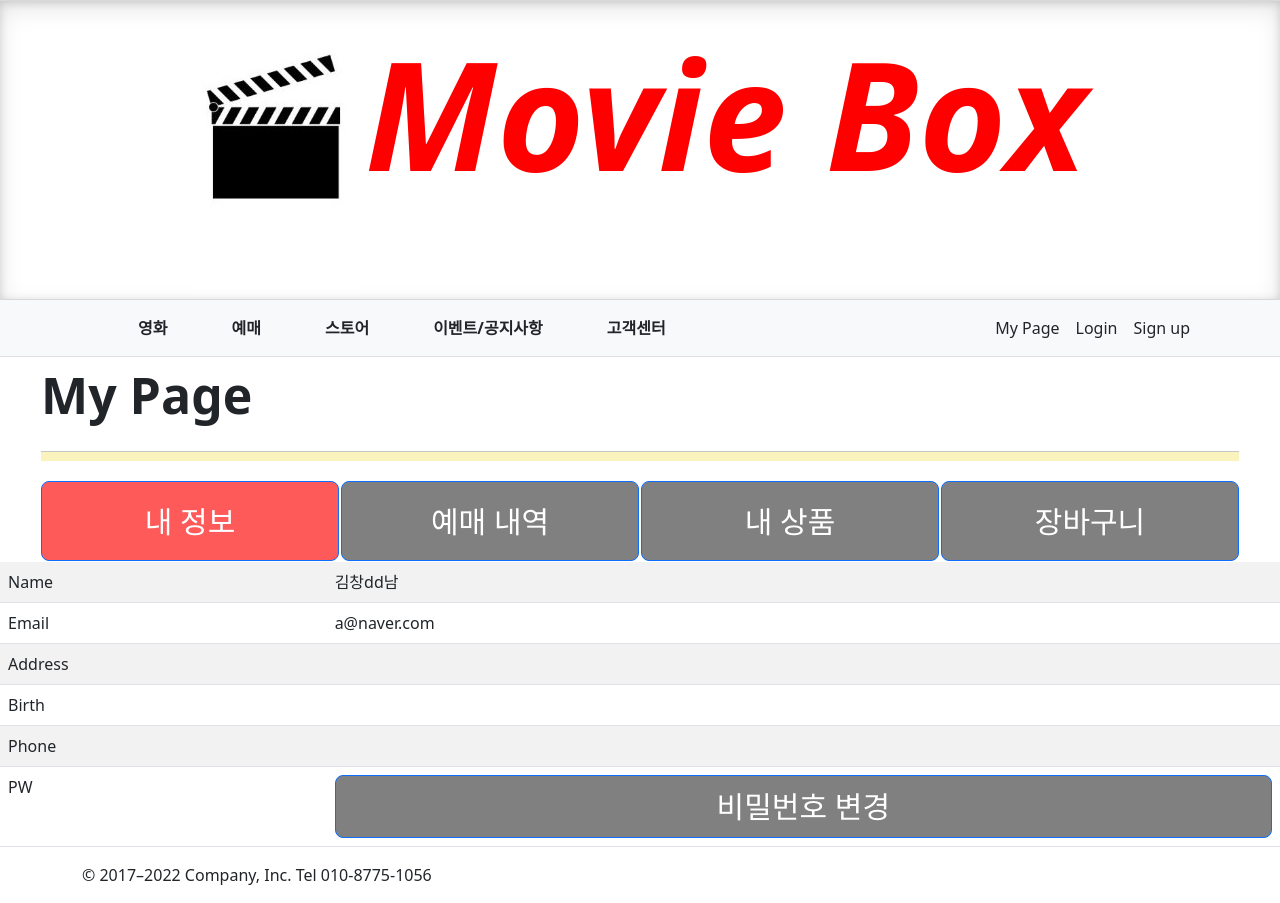
Repository: SpearManCN/MovieBox-2nd-Project-
Page: http://localhost/prj_01/WEB-INF/views/myPageHome.jsp
These files come from the project's save history. The page is drawn as it stood at one moment and after the next save; the edit follows.
The browser window is 1280 px wide. The pictures show the whole page.
The page is served by Tomcat 9. Nobody is signed in. Other server files are loaded and not shown. The template is opened directly, without the code that normally fills it, so the values that code supplies are empty.

Above is the page before, as saved 2022-12-13 10:13:16.

### Second project/prj_01/src/main/webapp/WEB-INF/views/myPageHome.jsp
<%@ page language="java" contentType="text/html; charset=UTF-8"
    pageEncoding="UTF-8"%>
        <%@taglib prefix="c" uri="http://java.sun.com/jsp/jstl/core" %>
<!DOCTYPE html>
<html>
<head>
<meta name="viewport" content="width=device-width, initial-scale=1">
<meta charset="UTF-8">
<link href="https://cdn.jsdelivr.net/npm/bootstrap@5.2.3/dist/css/bootstrap.min.css" rel="stylesheet" integrity="sha384-rbsA2VBKQhggwzxH7pPCaAqO46MgnOM80zW1RWuH61DGLwZJEdK2Kadq2F9CUG65" crossorigin="anonymous">

</head>
<body>
<%@include file="/WEB-INF/views/commonHeader.jsp" %>

<center>
<table width="1200px">
	<tr>
	<td align="left"><span style="font-size:50px; font-weight:bold;">My Page</span>
	<tr>
	<td><hr style="height:10px; background-color:#EDD200;">
	<tr>
	<td align="right">
</table>
</center>
<table align="center" width="1200px">
	<tr>
	<td width="220px"><button type="button" class="btn btn-primary btn-lg" style="width:100%; height:80px; background-color:#FF5A5A;">
	<span style="font-size:30px; ">내 정보</span></button></td>
	<td width="220px"><button type="button" class="btn btn-primary btn-lg" style="width:100%; height:80px; background-color:gray;">
	<span style="font-size:30px; font-weight:;">예매 내역</span></button></td>
	<td width="220px"><button type="button" class="btn btn-primary btn-lg" style="width:100%; height:80px; background-color:gray;">
	<span style="font-size:30px; font-weight:;">내 상품</span></button></td>
	<td width="220px"><button type="button" class="btn btn-primary btn-lg" style="width:100%; height:80px; background-color:gray;">
	<span style="font-size:30px; font-weight:;">장바구니</span></button></td>
	</tr>
	<tr>
	</tr>

</table>


<table class="table table-striped" align="center" width="100px">
 <tr><td>Name</td><td>김창dd남</td>
</tr>
<tr><td>Email</td><td>a@naver.com</td>
</tr>
<tr><td>Address</td><td></td>
</tr>
<tr><td>Birth</td><td></td>
</tr>
<tr><td>Phone</td><td></td>
</tr>
<tr><td>PW</td><td><button type="button" class="btn btn-primary btn-lg" style="width:100%; height:100%; background-color:gray;">
	<span style="font-size:30px; font-weight:;">비밀번호 변경</span></button></td>
</tr>
</table>



<%@include file="/WEB-INF/views/commonFooter.jsp" %>
</body>
</html>

### Second project/prj_01/src/main/webapp/WEB-INF/views/commonHeader.jsp
<%@ page language="java" contentType="text/html; charset=UTF-8"
    pageEncoding="UTF-8"%>



<script src="/js/jquery-1.11.0.min.js"></script>
<script>
function goLogin(){document.commonForm.action="/loginForm.do";document.commonForm.submit(); }
function goLoginJoin(){document.commonForm.action="/loginJoinForm.do";document.commonForm.submit();}
function goMyPage(){document.commonForm.action="/myPageHome.do";document.commonForm.submit(); }

</script>

<form name="commonForm" method="post"></form>
<div style="height:300px; background-color: white; border-width: 1px 0;
        box-shadow: inset 0 .5em 1.5em rgba(0, 0, 0, .1), inset 0 .125em .5em rgba(0, 0, 0, .15);         border: solid rgba(0, 0, 0, .15);
        border-width: 1px 0;" class="b-example-divider" align="center" >

 <span style="cursor:pointer" onclick="alert('이동')"><img src="resources/img/movieBox2.jpg" >
 <Span  style="font-size: 150px; color:red; font-weight: bold ; font-style: italic;" >Movie Box</Span>

 </span></div>

  <nav class="py-2 bg-light border-bottom">
    <div class="container d-flex flex-wrap">
      <ul class="nav me-auto">
      <li class="nav-item">&emsp;&emsp;&emsp;</li>
        <li class="nav-item"><a href="movieHome.do" class="nav-link link-dark px-2 active" aria-current="page" style="font-weight: bold ;" >영화</a></li>
         <li class="nav-item">&emsp;&emsp;&emsp;</li>
        <li class="nav-item"><a href="reserveForm.do" class="nav-link link-dark px-2" style="font-weight: bold ;">예매</a></li>
         <li class="nav-item">&emsp;&emsp;&emsp;</li>
        <li class="nav-item"><a href="/storeForm.do" class="nav-link link-dark px-2" style="font-weight: bold ;">스토어</a></li>
         <li class="nav-item">&emsp;&emsp;&emsp;</li>
        <li class="nav-item"><a href="/eventForm.do" class="nav-link link-dark px-2" style="font-weight: bold ;">이벤트/공지사항</a></li>
          <li class="nav-item">&emsp;&emsp;&emsp;</li>
        <li class="nav-item"><a href="/qnaForm.do" class="nav-link link-dark px-2" style="font-weight: bold ;">고객센터</a></li>

       </ul>
      <ul class="nav">
      <li class="nav-item"><span class="nav-link link-dark px-2" style="cursor:pointer" onclick="goMyPage();">My Page</span></li>
        <li class="nav-item"><span class="nav-link link-dark px-2" style="cursor:pointer" onclick="goLogin();">Login</span></li>
        <li class="nav-item"><span class="nav-link link-dark px-2" style="cursor:pointer" onclick="goLoginJoin();">Sign up</span></li>
      </ul>
    </div>
  </nav>

### Second project/prj_01/src/main/webapp/WEB-INF/views/commonFooter.jsp
<%@ page language="java" contentType="text/html; charset=UTF-8"
    pageEncoding="UTF-8"%>
<!--====================================================================-->
  <footer class="container">
    <p class="float-end"></p>
    <p>&copy; 2017–2022 Company, Inc. Tel 010-8775-1056 </p>
  </footer>

<script src="https://cdn.jsdelivr.net/npm/bootstrap@5.2.3/dist/js/bootstrap.bundle.min.js" integrity="sha384-kenU1KFdBIe4zVF0s0G1M5b4hcpxyD9F7jL+jjXkk+Q2h455rYXK/7HAuoJl+0I4" crossorigin="anonymous"></script>

Loaded but not shown: Second project/prj_01/src/main/resources/static/js/jquery-1.11.0.min.js (library)

After the next save:
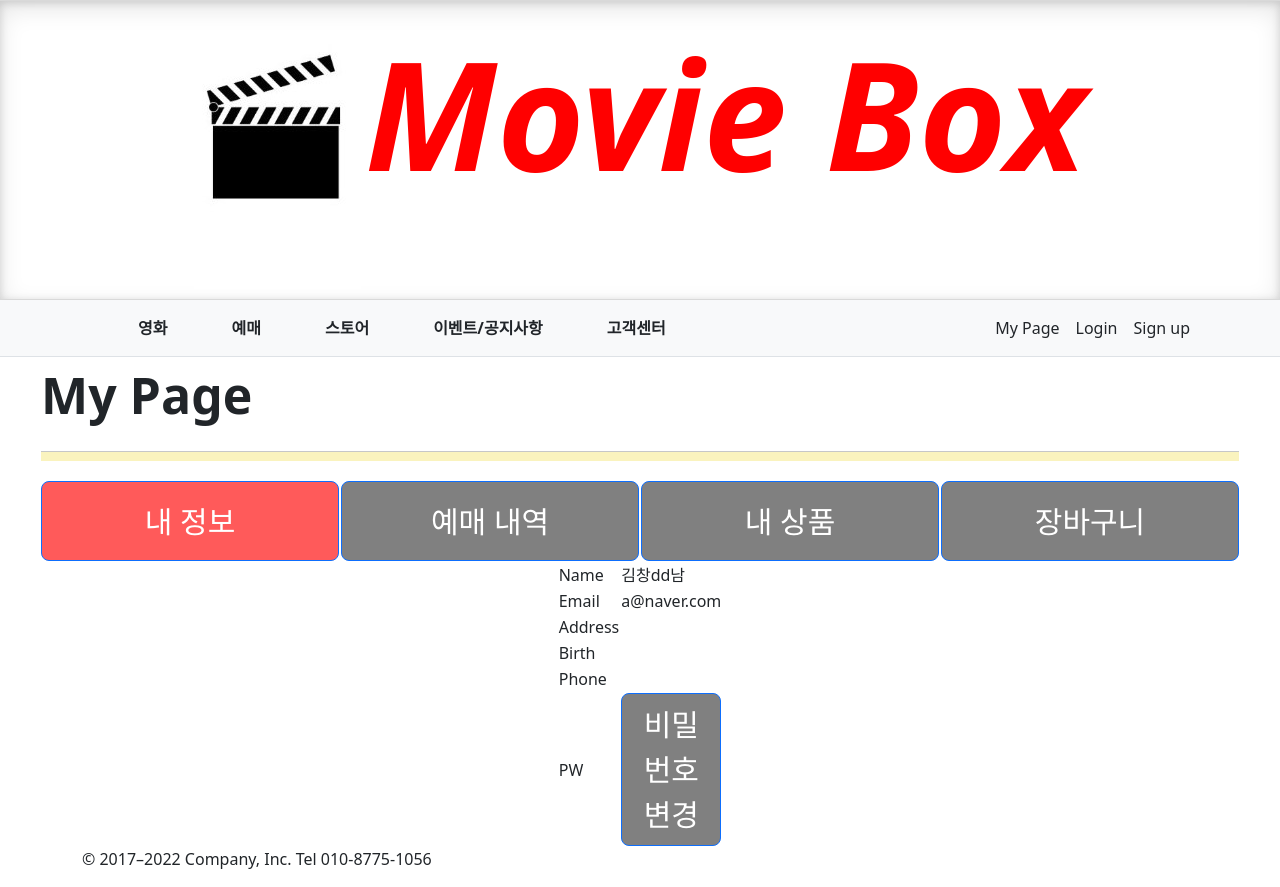
Saved 13 s later.
--- a/Second project/prj_01/src/main/webapp/WEB-INF/views/myPageHome.jsp
+++ b/Second project/prj_01/src/main/webapp/WEB-INF/views/myPageHome.jsp
@@ -39,7 +39,7 @@
 </table>
 
 
-<table class="table table-striped" align="center" width="100px">
+<table align="center" width="100px">
  <tr><td>Name</td><td>김창dd남</td>
 </tr>
 <tr><td>Email</td><td>a@naver.com</td>
